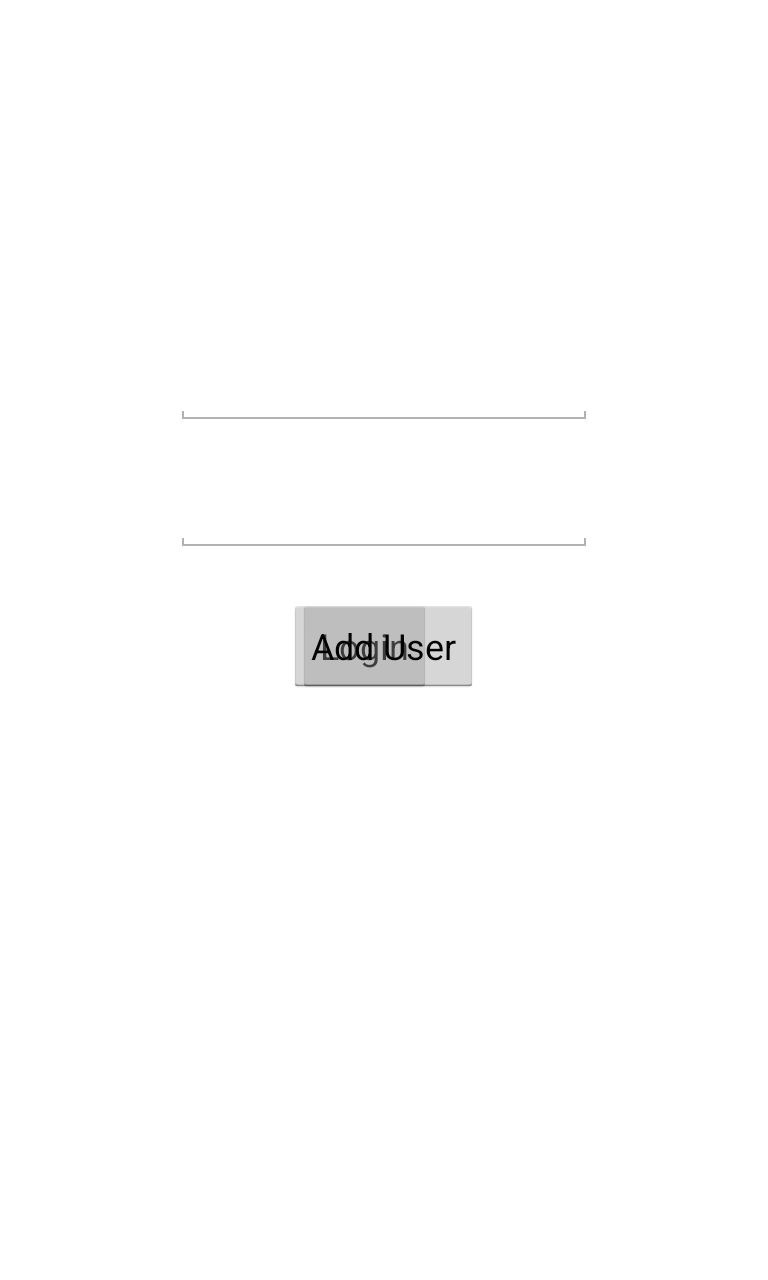
Repository: LeBenHL/CS169WarmUp
Layout: android/HelloWorld/res/layout/activity_main.xml
An editor plug-in stored every save of this project. The layout is shown before and after the next save, followed by the edit.
It is drawn on a 768 x 1280 px phone screen (xhdpi) without system bars, with theme AppTheme; the app's code is not run.

Above is the layout before, as saved 2013-02-16 23:46:41.

### android/HelloWorld/res/layout/activity_main.xml
<RelativeLayout xmlns:android="http://schemas.android.com/apk/res/android"
    xmlns:tools="http://schemas.android.com/tools"
    android:layout_width="match_parent"
    android:layout_height="match_parent"
    android:paddingBottom="@dimen/activity_vertical_margin"
    android:paddingLeft="@dimen/activity_horizontal_margin"
    android:paddingRight="@dimen/activity_horizontal_margin"
    android:paddingTop="@dimen/activity_vertical_margin"
    tools:context=".MainActivity" >

    <EditText
        android:id="@+id/password"
        android:layout_width="wrap_content"
        android:layout_height="wrap_content"
        android:layout_alignLeft="@+id/user"
        android:layout_below="@+id/user"
        android:layout_marginTop="24dp"
        android:ems="10"
        android:inputType="textPassword" />

    <Button
        android:id="@+id/Login"
        android:layout_width="wrap_content"
        android:layout_height="wrap_content"
        android:layout_alignParentLeft="true"
        android:layout_below="@+id/password"
        android:layout_marginLeft="132dp"
        android:layout_marginTop="22dp"
        android:text="Login" />

    <EditText
        android:id="@+id/user"
        android:layout_width="wrap_content"
        android:layout_height="wrap_content"
        android:layout_alignParentTop="true"
        android:layout_centerHorizontal="true"
        android:layout_marginTop="158dp"
        android:ems="10"
        android:inputType="textPersonName" />

    <Button
        android:id="@+id/AddUser"
        android:layout_width="wrap_content"
        android:layout_height="wrap_content"
        android:layout_alignBaseline="@+id/Login"
        android:layout_alignBottom="@+id/Login"
        android:layout_alignParentRight="true"
        android:layout_marginRight="128dp"
        android:text="Add User" />

</RelativeLayout>

Loaded but not shown: android/HelloWorld/res/values/styles.xml (common file); android/HelloWorld/res/values-v11/styles.xml (common file); android/HelloWorld/res/values-v14/styles.xml (common file); android/HelloWorld/res/values/dimens.xml (common file)

After the next save:
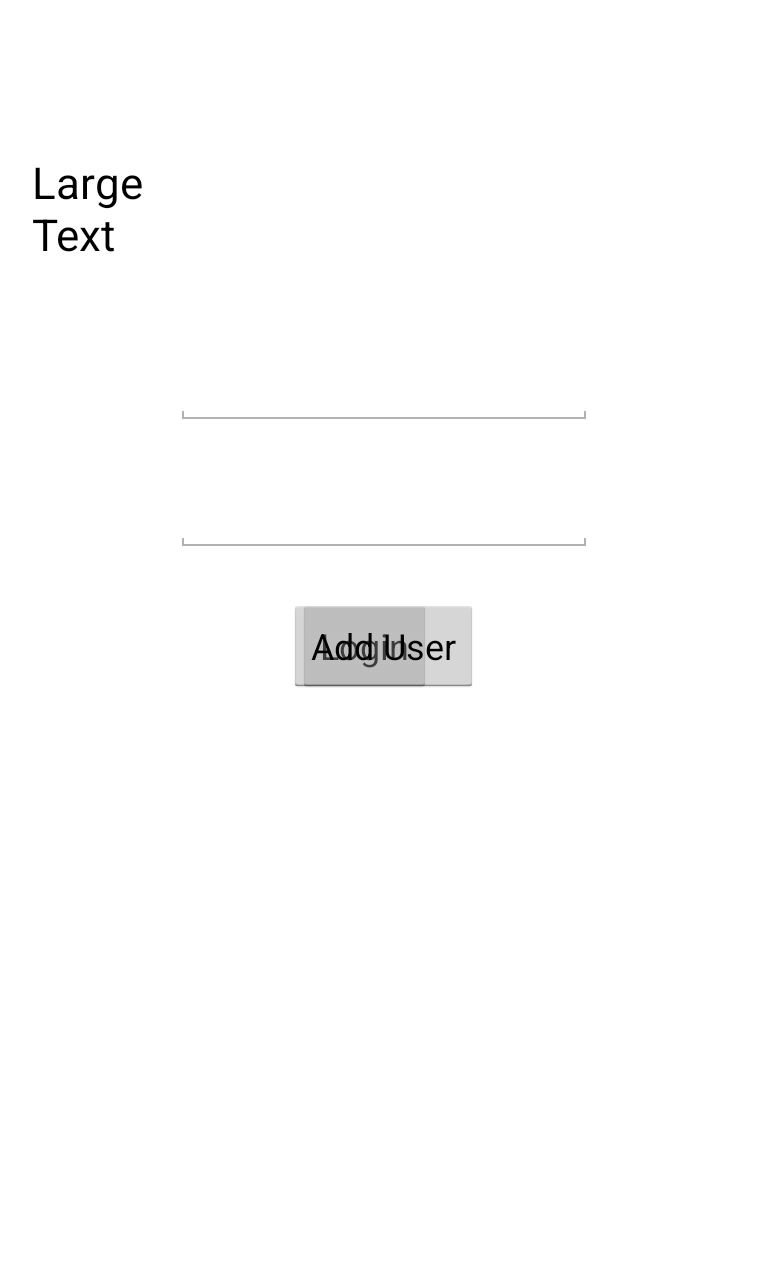
Saved 51 s later.
--- a/android/HelloWorld/res/layout/activity_main.xml
+++ b/android/HelloWorld/res/layout/activity_main.xml
@@ -48,4 +48,14 @@
         android:layout_marginRight="128dp"
         android:text="Add User" />
 
+    <TextView
+        android:id="@+id/textView1"
+        android:layout_width="wrap_content"
+        android:layout_height="wrap_content"
+        android:layout_alignParentTop="true"
+        android:layout_marginTop="60dp"
+        android:layout_toLeftOf="@+id/user"
+        android:text="Large Text"
+        android:textAppearance="?android:attr/textAppearanceLarge" />
+
 </RelativeLayout>
